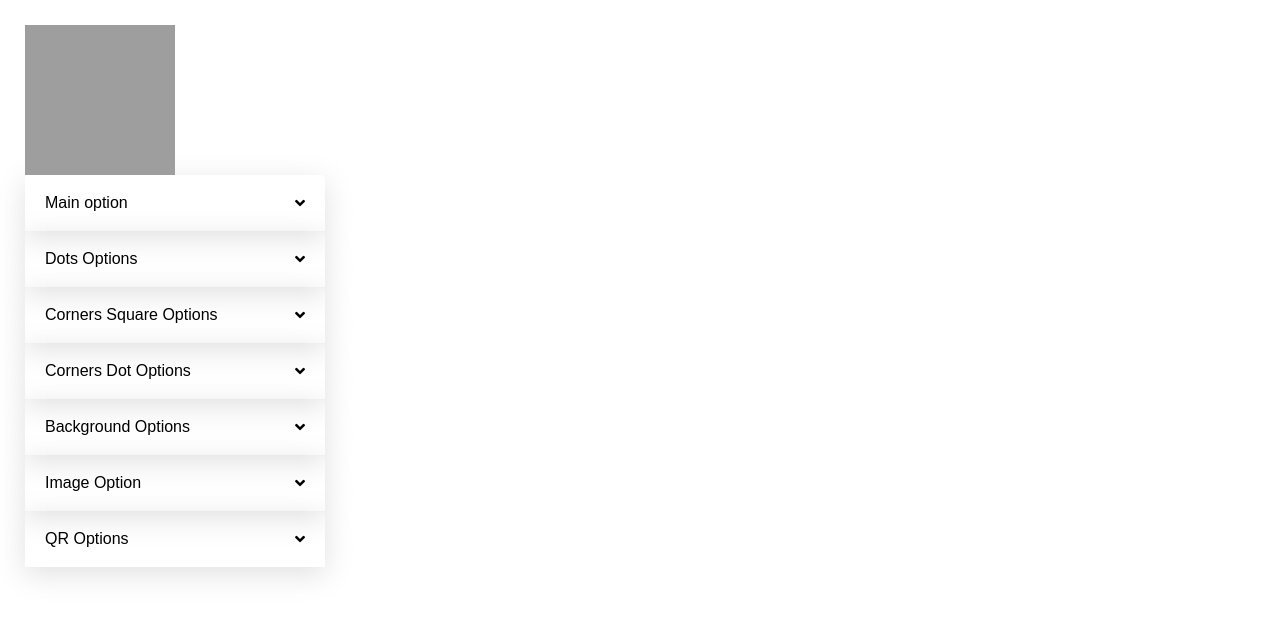
Repository: kip310/qr-code-js-club
Page: index.html
The author's editor kept a copy of each file at every save. The page is drawn from the files as they stood at one save, then again after the next save.
The browser window is 1280 px wide. The pictures show the whole page.
Pictures or frames that could not be fetched are drawn as grey boxes.

Above is the page before, as saved 2025-02-12 13:54:20.

After the next save:
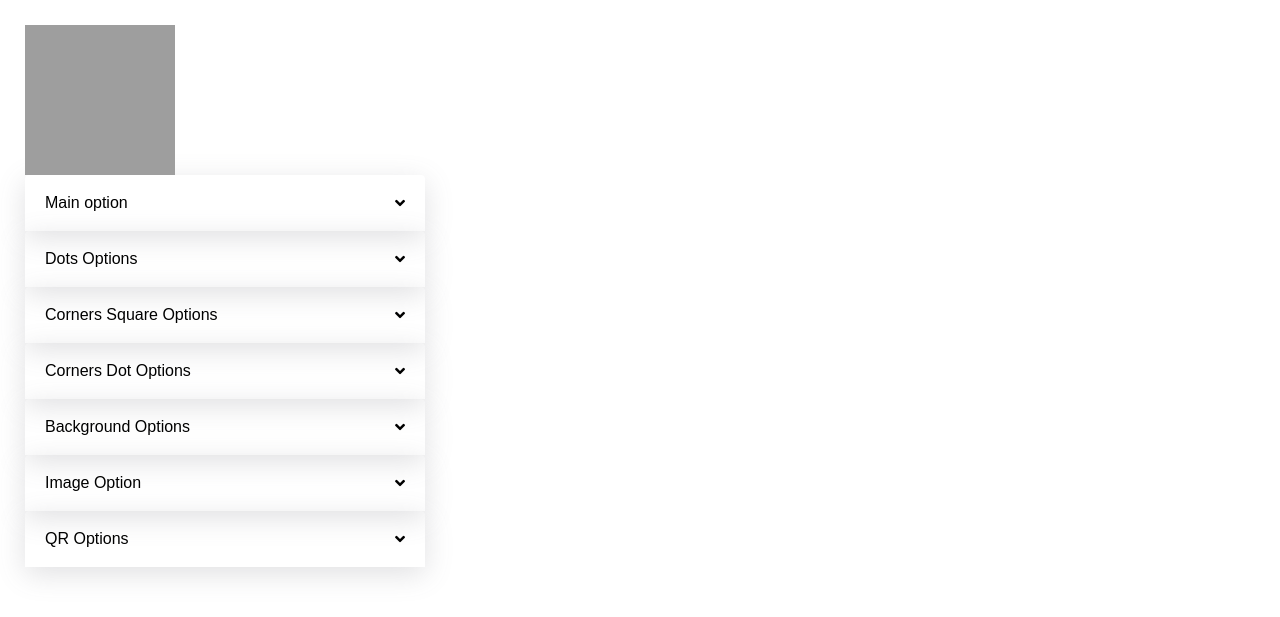
Saved 49 s later.
--- a/app.css
+++ b/app.css
@@ -54,8 +54,7 @@
   }
   .accordion {
     margin-bottom: 25px;
-    max-width: 300px;
-    height: 100px;
+    max-width: 400px;
   }
   .accordion-header {
     padding: 20px;
